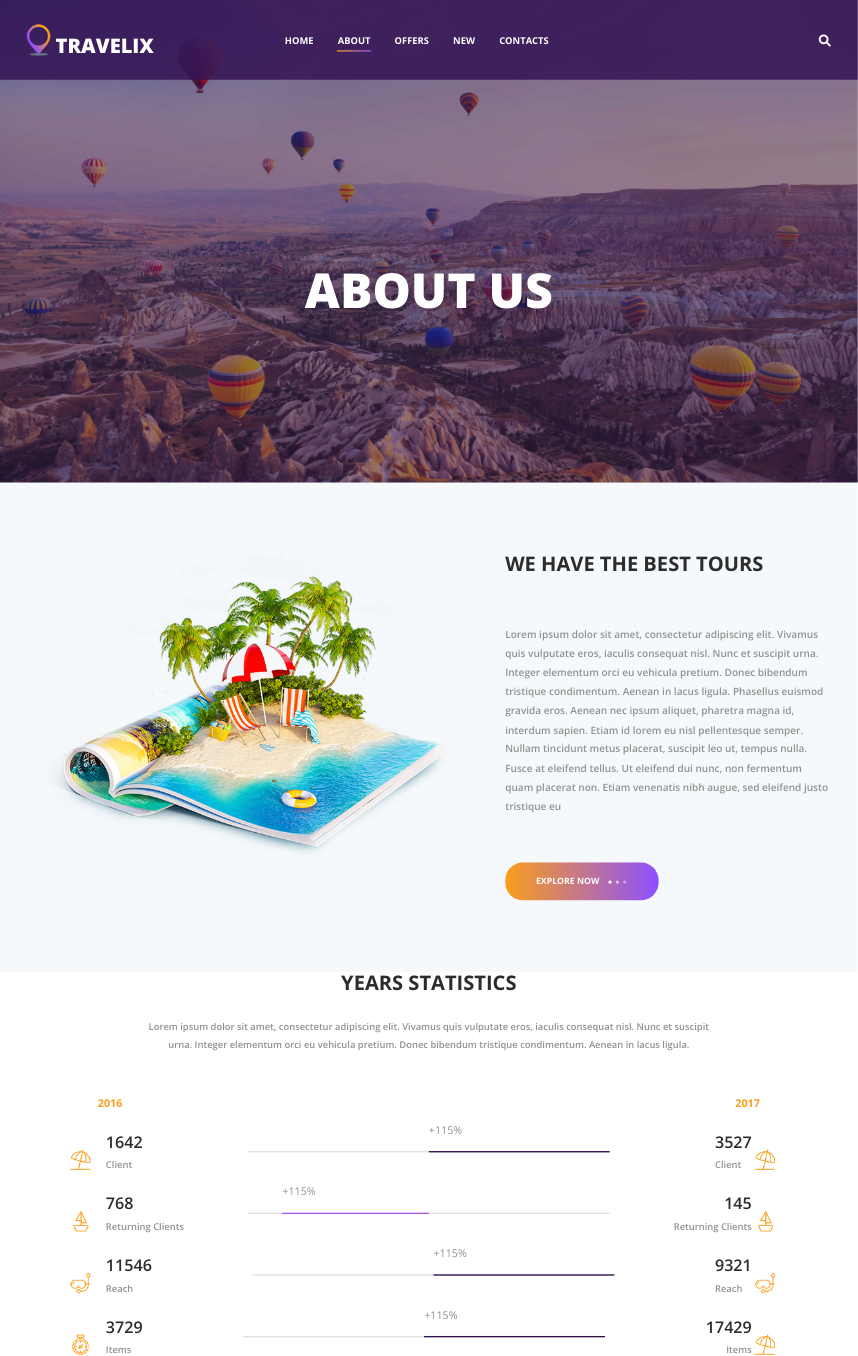
Repository: phamhuuloc/Travelix_Template
Page: about.html
An editor plug-in stored every save of this project. The page is shown before and after the next save, followed by the edit.
The browser window is 1280 px wide. The pictures show the whole page, at 67% of full size.
Backgrounds fixed to the window are drawn as part of the page. Some web fonts or font styles are not loaded; a fallback is used.

Above is the page before, as saved 2021-10-13 10:04:52.

### about.html
<!DOCTYPE html>
<html lang="en">
  <head>
    <meta charset="UTF-8" />
    <meta http-equiv="X-UA-Compatible" content="IE=edge" />
    <meta name="viewport" content="width=device-width, initial-scale=1.0" />
    <title>Document</title>
    <link rel="shortcut icon" href="./assets/img/logo.png" />
    <link
      href="https://fonts.googleapis.com/css2?family=Caramel&display=swap"
      rel="stylesheet"
    />
    <!-- GOOGLE FONT -->
    <link
      href="https://fonts.googleapis.com/css2?family=Birthstone&display=swap"
      rel="stylesheet"
    />
    <!-- FONT AWESOME -->
    <link
      rel="stylesheet"
      href="https://cdnjs.cloudflare.com/ajax/libs/font-awesome/6.0.0-beta2/css/all.min.css"
      integrity="sha512-YWzhKL2whUzgiheMoBFwW8CKV4qpHQAEuvilg9FAn5VJUDwKZZxkJNuGM4XkWuk94WCrrwslk8yWNGmY1EduTA=="
      crossorigin="anonymous"
      referrerpolicy="no-referrer"
    />
    <!-- CSS -->
    <link rel="stylesheet" href="./assets/css/reset.css" />
    <link rel="stylesheet" href="./assets/css/grid.css" />
    <link rel="stylesheet" href="./assets/css/base.css" />
    <link rel="stylesheet" href="./assets/css/about.css" />
  </head>
  <body>
    <header class="header">
      <div class="header-topbar" style="display: none">
        <div class="grid wide">
          <div class="header-topbar__container">
            <div class="row">
              <div class="col l-6">
                <div class="header-topbar__contact">
                  <ul>
                    <li>
                      <a href="">+84 945 000 917</a>
                    </li>
                    <li>
                      <a href=""><i class="fab fa-pinterest"></i></a>
                    </li>
                    <li>
                      <a href=""><i class="fab fa-facebook-f"></i></a>
                    </li>
                    <li>
                      <a href=""><i class="fab fa-twitter"></i></a>
                    </li>
                    <li>
                      <a href=""><i class="fab fa-dribbble"></i></a>
                    </li>
                    <li>
                      <a href=""><i class="fab fa-behance"></i></a>
                    </li>
                    <li>
                      <a href=""><i class="fab fa-linkedin-in"></i></a>
                    </li>
                  </ul>
                </div>
              </div>
              <div class="col l-6">
                <div class="header-topbar__login">
                  <ul>
                    <li><a href="">Login</a></li>
                    <li><a href="">|</a></li>
                    <li><a href="">Register</a></li>
                  </ul>
                </div>
              </div>
            </div>
          </div>
        </div>
      </div>
      <div class="header-nav">
        <div class="grid wide">
          <div class="header-nav__container">
            <div class="row">
              <div class="col l-3">
                <div class="logo">
                  <a href="" class="logo__link">
                    <img src="./assets/img/logo.png" alt="" />
                    <h2 class="logo__text">Travelix</h2>
                  </a>
                </div>
              </div>
              <div class="col l-6 m-0 c-0">
                <div class="nav-menu">
                  <ul class="nav-menu__list">
                    <li class="nav-menu__item">
                      <a href="index.html" class="nav-menu__link">Home</a>
                    </li>
                    <li class="nav-menu__item active">
                      <a href="./about.html" class="nav-menu__link">About</a>
                    </li>
                    <li class="nav-menu__item">
                      <a href="" class="nav-menu__link">Offers</a>
                    </li>
                    <li class="nav-menu__item">
                      <a href="" class="nav-menu__link">New</a>
                    </li>
                    <li class="nav-menu__item">
                      <a href="" class="nav-menu__link">Contacts</a>
                    </li>
                  </ul>
                </div>
              </div>
              <div class="col l-3">
                <div class="header-search">
                  <i class="fas fa-search header-search__icon"></i>
                </div>
              </div>
            </div>
          </div>
        </div>
      </div>
    </header>
    <div class="home">
      <div
        class="home-background"
        style="background-image: url(./assets/img/about.jpg)"
      ></div>
      <div class="home__title"><h1>About us</h1></div>
    </div>
    <section class="intro">
      <div class="grid wide">
        <div class="intro__container">
          <div class="row">
            <div class="col l-7 intro__img">
              <img src="./assets/img/intro_about.png" alt="" />
            </div>
            <div class="col l-5 intro__content">
              <h2 class="intro__title">WE HAVE THE BEST TOURS</h2>
              <p class="intro__desc">
                Lorem ipsum dolor sit amet, consectetur adipiscing elit. Vivamus
                quis vulputate eros, iaculis consequat nisl. Nunc et suscipit
                urna. Integer elementum orci eu vehicula pretium. Donec bibendum
                tristique condimentum. Aenean in lacus ligula. Phasellus euismod
                gravida eros. Aenean nec ipsum aliquet, pharetra magna id,
                interdum sapien. Etiam id lorem eu nisl pellentesque semper.
                Nullam tincidunt metus placerat, suscipit leo ut, tempus nulla.
                Fusce at eleifend tellus. Ut eleifend dui nunc, non fermentum
                quam placerat non. Etiam venenatis nibh augue, sed eleifend
                justo tristique eu
              </p>
              <div class="intro__btn">
                <div class="btn">
                  <div class="btn-bg"></div>
                  <a href="#" class="btn-link">
                    explore now
                    <span></span>
                    <span></span>
                    <span></span>
                  </a>
                </div>
              </div>
            </div>
          </div>
        </div>
      </div>
    </section>
    <section class="stats">
      <div class="grid wide">
        <div class="stats__container">
          <h2 class="stats__title">YEARS STATISTICS</h2>
          <div class="wrap_text">
            <p class="stats__text">
              Lorem ipsum dolor sit amet, consectetur adipiscing elit. Vivamus
              quis vulputate eros, iaculis consequat nisl. Nunc et suscipit
              urna. Integer elementum orci eu vehicula pretium. Donec bibendum
              tristique condimentum. Aenean in lacus ligula.
            </p>
          </div>
          <div class="stats__year">
            <div class="stats__year-last">2016</div>
            <div class="stats__year-new">2017</div>
          </div>
          <div class="stats__content">
            <div class="stats__item">
              <div class="stats__last">
                <div class="stats__icon">
                  <img src="./assets/img/stats_1.png" alt="" />
                </div>
                <div class="stats__content">
                  <div class="stats__number">1642</div>
                  <div class="stats__type">Client</div>
                </div>
              </div>
              <div class="stats__bar">
                <div class="stats__bar-perc" style="left: 50%; width: 50%">
                  <div class="stats__bar-value">+115%</div>
                </div>
              </div>
              <div class="stats__new">
                <div class="stats__content">
                  <div class="stats__number">3527</div>
                  <div class="stats__type">Client</div>
                </div>
                <div class="stats__icon">
                  <img src="./assets/img/stats_1.png" alt="" />
                </div>
              </div>
            </div>
            <div class="stats__item">
              <div class="stats__last">
                <div class="stats__icon">
                  <img src="./assets/img/stats_2.png" alt="" />
                </div>
                <div class="stats__last-content">
                  <div class="stats__number">768</div>
                  <div class="stats__type">Returning Clients</div>
                </div>
              </div>
              <div class="stats__bar">
                <div
                  class="stats__bar-perc"
                  style="
                    right: 50%;
                    width: 40.5%;
                    background: rgb(169, 92, 228);
                  "
                >
                  <div class="stats__bar-value">+115%</div>
                </div>
              </div>
              <div class="stats__new">
                <div class="stats__new-content">
                  <div class="stats__number">145</div>
                  <div class="stats__type">Returning Clients</div>
                </div>
                <div class="stats__icon">
                  <img src="./assets/img/stats_2.png" alt="" />
                </div>
              </div>
            </div>
            <div class="stats__item">
              <div class="stats__last">
                <div class="stats__icon">
                  <img src="./assets/img/stats_3.png" alt="" />
                </div>
                <div class="stats__last-content">
                  <div class="stats__number">11546</div>
                  <div class="stats__type">Reach</div>
                </div>
              </div>
              <div class="stats__bar">
                <div class="stats__bar-perc" style="left: 50%; width: 50%">
                  <div class="stats__bar-value">+115%</div>
                </div>
              </div>
              <div class="stats__new">
                <div class="stats__content">
                  <div class="stats__number">9321</div>
                  <div class="stats__type">Reach</div>
                </div>
                <div class="stats__icon">
                  <img src="./assets/img/stats_3.png" alt="" />
                </div>
              </div>
            </div>
            <div class="stats__item">
              <div class="stats__last">
                <div class="stats__icon">
                  <img src="./assets/img/stats_4.png" alt="" />
                </div>
                <div class="stats__last-content">
                  <div class="stats__number">3729</div>
                  <div class="stats__type">Items</div>
                </div>
              </div>
              <div class="stats__bar">
                <div class="stats__bar-perc" style="left: 50%; width: 50%">
                  <div class="stats__bar-value">+115%</div>
                </div>
              </div>
              <div class="stats__new">
                <div class="stats__new-content">
                  <div class="stats__number">17429</div>
                  <div class="stats__type">Items</div>
                </div>
                <div class="stats__icon">
                  <img src="./assets/img/stats_1.png" alt="" />
                </div>
              </div>
            </div>
          </div>
        </div>
      </div>
    </section>
  </body>
</html>

### assets/css/grid.css
.grid {
  width: 100%;
  padding: 0;
}
.grid.wide {
  max-width: 1200px;

  margin: 0 auto;
}
.row {
  display: flex;
  flex-wrap: wrap;
  margin-left: -4px;
  margin-right: -4px;
}
.row.no-gutters {
  margin-left: 0;
  margin-right: 0;
}
.col {
  padding-left: 4px;
  padding-right: 4px;
}
.row.no-gutters .col {
  margin-left: 0;
  margin-right: 0;
}

.c-0 {
  display: none;
}

.c-1 {
  flex: 0 0 8.33333%;
  max-width: 8.33333%;
}

.c-2 {
  flex: 0 0 16.66667%;
  max-width: 16.66667%;
}

.c-3 {
  flex: 0 0 25%;
  max-width: 25%;
}

.c-4 {
  flex: 0 0 33.33333%;
  max-width: 33.33333%;
}

.c-5 {
  flex: 0 0 41.66667%;
  max-width: 41.66667%;
}

.c-6 {
  flex: 0 0 50%;
  max-width: 50%;
}

.c-7 {
  flex: 0 0 58.33333%;
  max-width: 58.33333%;
}

.c-8 {
  flex: 0 0 66.66667%;
  max-width: 66.66667%;
}

.c-9 {
  flex: 0 0 75%;
  max-width: 75%;
}

.c-10 {
  flex: 0 0 83.33333%;
  max-width: 83.33333%;
}

.c-11 {
  flex: 0 0 91.66667%;
  max-width: 91.66667%;
}

.c-12 {
  flex: 0 0 100%;
  max-width: 100%;
}

.c-o-1 {
  margin-left: 8.33333%;
}

.c-o-2 {
  margin-left: 16.66667%;
}

.c-o-3 {
  margin-left: 25%;
}

.c-o-4 {
  margin-left: 33.33333%;
}

.c-o-5 {
  margin-left: 41.66667%;
}

.c-o-6 {
  margin-left: 50%;
}

.c-o-7 {
  margin-left: 58.33333%;
}

.c-o-8 {
  margin-left: 66.66667%;
}

.c-o-9 {
  margin-left: 75%;
}

.c-o-10 {
  margin-left: 83.33333%;
}

.c-o-11 {
  margin-left: 91.66667%;
}
/* TABLET */
@media (min-width: 740px) {
  .row {
    margin-left: -8px;
    margin-right: -8px;
  }
  .col {
    padding-right: 8px;
    padding-left: 8px;
  }
  .m-0 {
    display: none;
  }
  .m-1,
  .m-2,
  .m-3,
  .m-4,
  .m-5,
  .m-6,
  .m-7,
  .m-8,
  .m-9,
  .m-10,
  .m-11,
  .m-12 {
    display: block;
  }

  .m-1 {
    flex: 0 0 8.33333%;
    max-width: 8.33333%;
  }

  .m-2 {
    flex: 0 0 16.66667%;
    max-width: 16.66667%;
  }

  .m-3 {
    flex: 0 0 25%;
    max-width: 25%;
  }

  .m-4 {
    flex: 0 0 33.33333%;
    max-width: 33.33333%;
  }

  .m-5 {
    flex: 0 0 41.66667%;
    max-width: 41.66667%;
  }

  .m-6 {
    flex: 0 0 50%;
    max-width: 50%;
  }

  .m-7 {
    flex: 0 0 58.33333%;
    max-width: 58.33333%;
  }

  .m-8 {
    flex: 0 0 66.66667%;
    max-width: 66.66667%;
  }

  .m-9 {
    flex: 0 0 75%;
    max-width: 75%;
  }

  .m-10 {
    flex: 0 0 83.33333%;
    max-width: 83.33333%;
  }

  .m-11 {
    flex: 0 0 91.66667%;
    max-width: 91.66667%;
  }

  .m-12 {
    flex: 0 0 100%;
    max-width: 100%;
  }

  .m-o-1 {
    margin-left: 8.33333%;
  }

  .m-o-2 {
    margin-left: 16.66667%;
  }

  .m-o-3 {
    margin-left: 25%;
  }

  .m-o-4 {
    margin-left: 33.33333%;
  }

  .m-o-5 {
    margin-left: 41.66667%;
  }

  .m-o-6 {
    margin-left: 50%;
  }

  .m-o-7 {
    margin-left: 58.33333%;
  }

  .m-o-8 {
    margin-left: 66.66667%;
  }

  .m-o-9 {
    margin-left: 75%;
  }

  .m-o-10 {
    margin-left: 83.33333%;
  }

  .m-o-11 {
    margin-left: 91.66667%;
  }
}
/* PC MEDIUM RESOLUTION */
@media (min-width: 1113px) {
  .row {
    margin-left: -12px;
    margin-right: -12px;
  }
  .row.sm-gutter {
    margin-left: -8px;
    margin-right: -8px;
  }
  .col {
    padding-left: 12px;
    padding-right: 12px;
  }
  .row.sm-gutter .col {
    padding-left: 8px;
    padding-right: 8px;
  }
  .l-0 {
    display: none;
  }

  .l-1,
  .l-2,
  .l-2-4,
  .l-3,
  .l-4,
  .l-5,
  .l-6,
  .l-7,
  .l-8,
  .l-9,
  .l-10,
  .l-11,
  .l-12 {
    display: block;
  }

  .l-1 {
    flex: 0 0 8.33333%;
    max-width: 8.33333%;
  }

  .l-2 {
    flex: 0 0 16.66667%;
    max-width: 16.66667%;
  }

  .l-2-4 {
    flex: 0 0 20%;
    max-width: 20%;
  }

  .l-3 {
    flex: 0 0 25%;
    max-width: 25%;
  }

  .l-4 {
    flex: 0 0 33.33333%;
    max-width: 33.33333%;
  }

  .l-5 {
    flex: 0 0 41.66667%;
    max-width: 41.66667%;
  }

  .l-6 {
    flex: 0 0 50%;
    max-width: 50%;
  }

  .l-7 {
    flex: 0 0 58.33333%;
    max-width: 58.33333%;
  }

  .l-8 {
    flex: 0 0 66.66667%;
    max-width: 66.66667%;
  }

  .l-9 {
    flex: 0 0 75%;
    max-width: 75%;
  }

  .l-10 {
    flex: 0 0 83.33333%;
    max-width: 83.33333%;
  }

  .l-11 {
    flex: 0 0 91.66667%;
    max-width: 91.66667%;
  }

  .l-12 {
    flex: 0 0 100%;
    max-width: 100%;
  }

  .l-o-1 {
    margin-left: 8.33333%;
  }

  .l-o-2 {
    margin-left: 16.66667%;
  }

  .l-o-3 {
    margin-left: 25%;
  }

  .l-o-4 {
    margin-left: 33.33333%;
  }

  .l-o-5 {
    margin-left: 41.66667%;
  }

  .l-o-6 {
    margin-left: 50%;
  }

  .l-o-7 {
    margin-left: 58.33333%;
  }

  .l-o-8 {
    margin-left: 66.66667%;
  }

  .l-o-9 {
    margin-left: 75%;
  }

  .l-o-10 {
    margin-left: 83.33333%;
  }

  .l-o-11 {
    margin-left: 91.66667%;
  }
}
/* TABLET AND PC */
@media (min-width: 740px) and (max-width: 1023px) {
  .wide {
    width: 644px;
  }
}
/* > PC  LOW RESOLUTION */
@media (min-width: 1024px) and (max-width: 1239px) {
  .wide {
    width: 984px;
  }
}
.form__item {
  display: flex;
  flex-direction: column;
}

### assets/css/about.css
.home-background {
  background-repeat: no-repeat;
  background-position: bottom center;
  background-attachment: fixed;
  background-size: cover;
}
.home__title {
  position: absolute;
  top: 55%;
  left: 50%;
  transform: translateX(-50%);
}
.home__title h1 {
  font-size: 7.2rem;
  font-weight: 800;
  color: var(--white-color);
  text-transform: uppercase;
}
/* INTRO */
.intro {
  padding: 10.6rem 0;
  background-color: #f6f9fb;
}
.intro__title {
  font-size: 3rem;
  font-weight: 700;
  color: var(--black-color);
  margin-bottom: 7.6rem;
  text-transform: uppercase;
}
.intro__desc {
  font-size: 1.5rem;
  font-weight: 600;
  color: var(--gray-color);
  line-height: 1.9;
}
.intro__btn .btn {
  left: 0;
  transform: translateX(0);
}
.stats__title {
  text-align: center;
  font-size: 3rem;
  font-weight: 700;
  color: var(--black-color);
  margin-bottom: 3.8rem;
}
.wrap_text {
  text-align: center;
  display: flex;
  justify-content: center;
  margin-bottom: 6.6rem;
}
.stats__text {
  font-size: 1.4rem;
  font-weight: 600;
  line-height: 1.9;
  color: var(--gray-color);
  max-width: 84rem;
}
.stats__year {
  display: flex;
  align-items: center;
  justify-content: space-between;
  padding: 0 10.6rem;
  margin-bottom: 3.6rem;
}
.stats__year-last,
.stats__year-new {
  font-size: 1.6rem;
  font-weight: 700;
  color: var(--primary-color);
}
.stats__item {
  display: flex;
  align-items: center;
  justify-content: space-between;
  padding: 0 60px;
  margin-top: 3.8rem;
}
.stats__last {
  display: flex;
  align-items: flex-end;
}
.stats__icon {
  margin-right: 1.8rem;
}
.stats__number {
  font-size: 2.4rem;
  font-weight: 600;
  color: var(--black-color);
  margin-bottom: 1.6rem;
}
.stats__type {
  font-size: 1.4rem;
  font-weight: 600;
  color: var(--gray-color);
}
.stats__new {
  display: flex;
  align-items: flex-end;
}
.stats__last-content {
  text-align: left;
}
.stats__new-content {
  text-align: right;
}
.stats__bar {
  position: relative;
  height: 2px;
  background-color: #e1e1e1;
  width: 50%;
  display: flex;
  flex-direction: column;
}
.stats__bar-value {
  position: absolute;
  top: -40px;
  color: var(--gray-color);
  font-size: 1.6rem;
  text-align: left;
}
.stats__bar-perc {
  position: absolute;
  height: 2px;
  background-color: rgb(49, 18, 75);
}

Loaded but not shown: assets/css/reset.css (common file); assets/css/base.css (441 lines, source omitted)

After the next save:
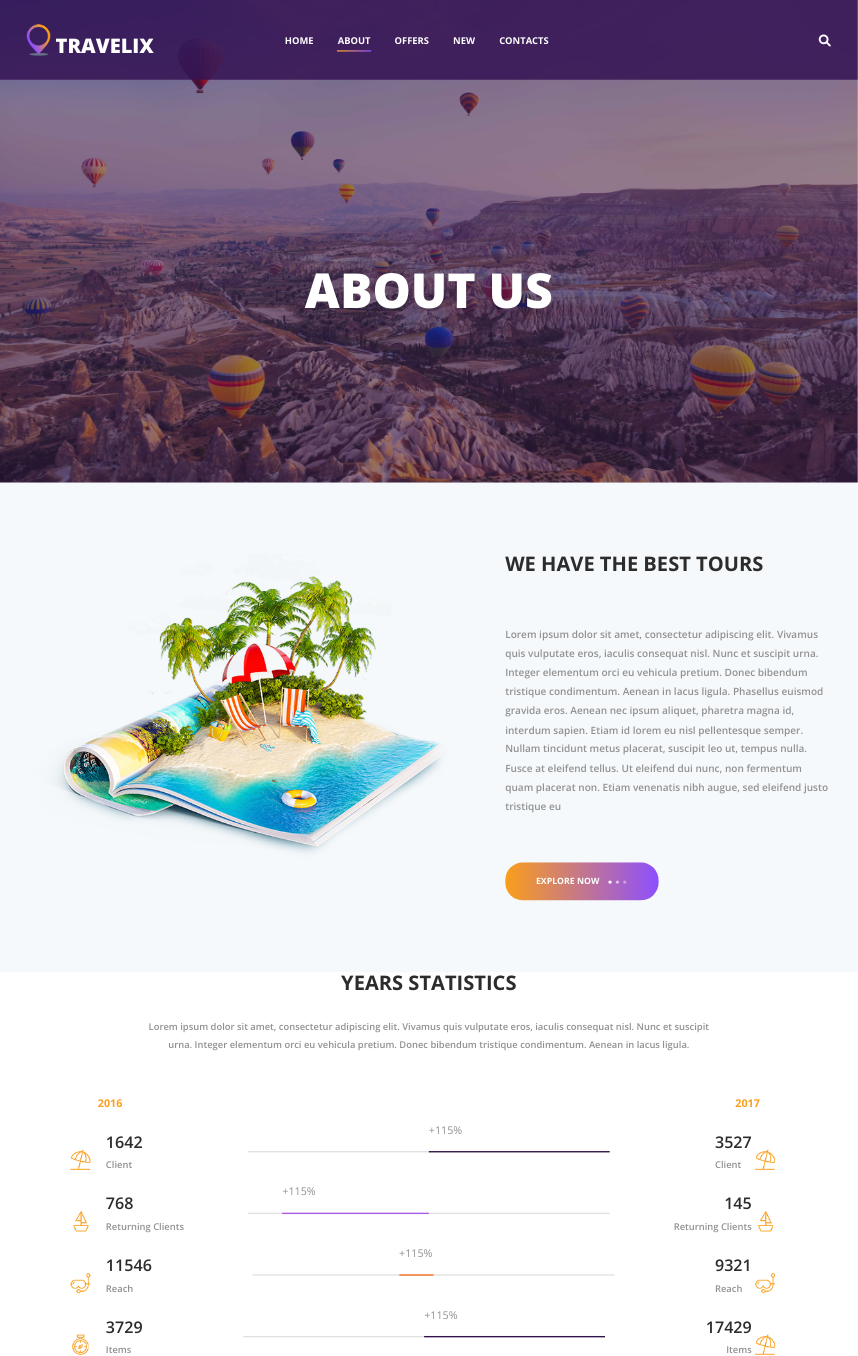
Saved 84 s later.
--- a/about.html
+++ b/about.html
@@ -247,7 +247,10 @@
                 </div>
               </div>
               <div class="stats__bar">
-                <div class="stats__bar-perc" style="left: 50%; width: 50%">
+                <div
+                  class="stats__bar-perc"
+                  style="right: 50%; width: 9.5%; background: rgb(250, 111, 27)"
+                >
                   <div class="stats__bar-value">+115%</div>
                 </div>
               </div>
